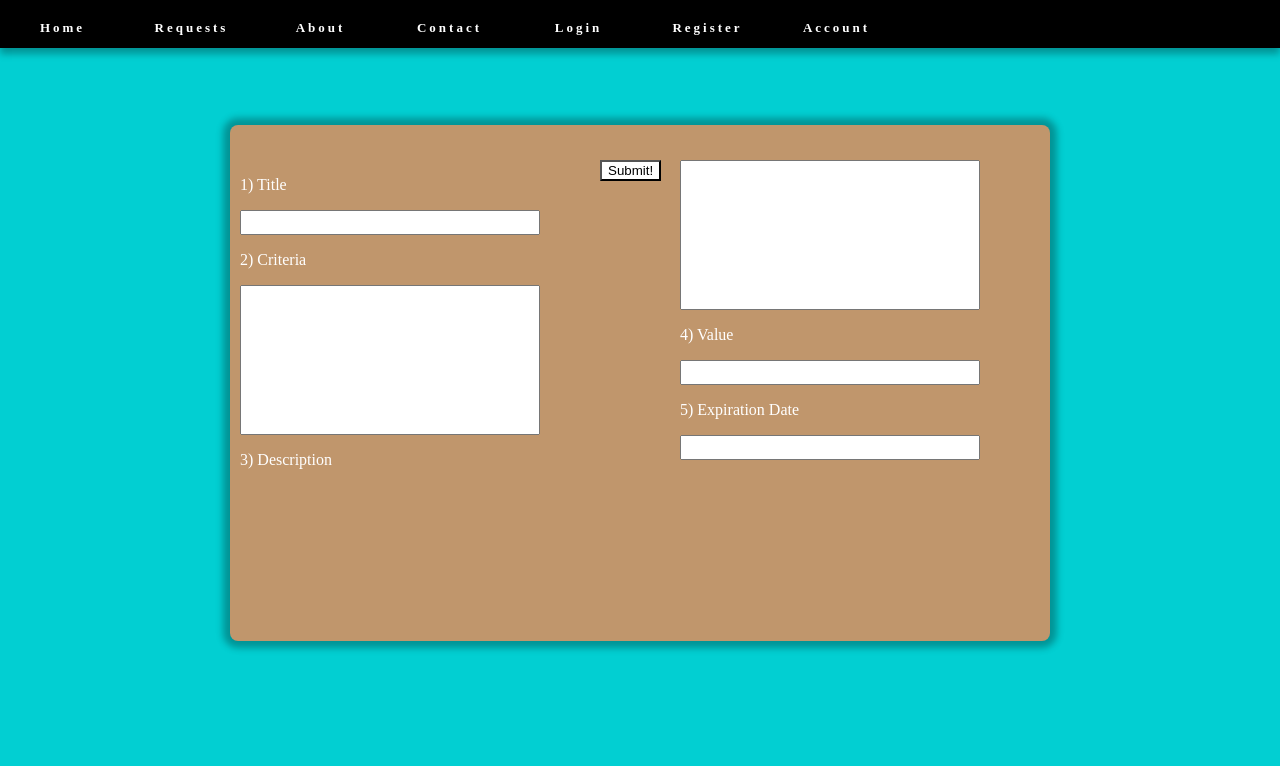
Repository: mailog/Tomorrow
Page: http://localhost/requests
The author's editor kept a copy of each file at every save. The page is drawn from the files as they stood at one save, then again after the next save.
The browser window is 1280 px wide. The pictures show the whole page.
The page is this project's Thymeleaf template; nobody is signed in. The template is opened directly, without the code that normally fills it, so the values that code supplies are empty.

Above is the page before, as saved 2017-07-30 04:58:20.

After the next save:
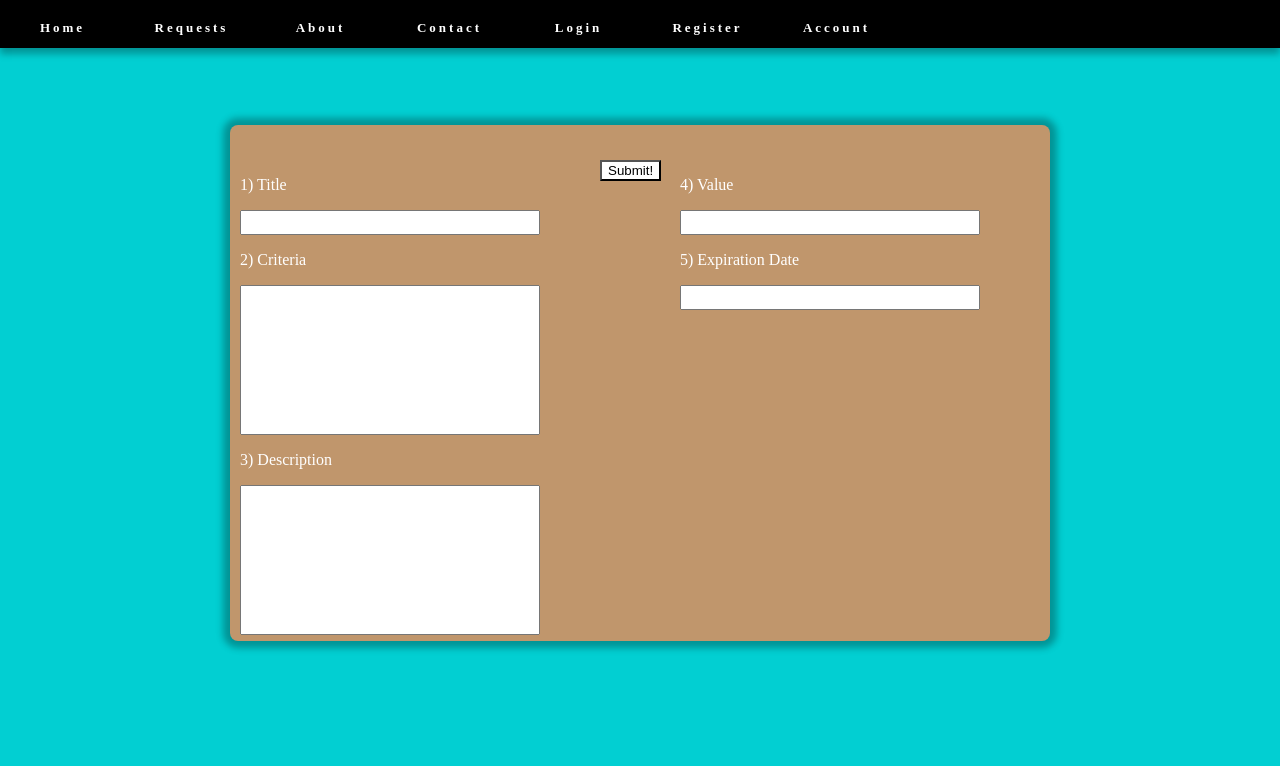
Saved 114 s later.
--- a/Tomorrow/src/main/resources/templates/requests.html
+++ b/Tomorrow/src/main/resources/templates/requests.html
@@ -38,9 +38,9 @@
 			<p>2) Criteria</p>
 			<input type = "text" class = "inp_criteria" th:field = "*{criteria}"/>
 			<p>3) Description</p>
+			<input type = "text" class = "inp_description" th:field = "*{description}"/>
 		</div>
 		<div id = "column2">
-			<input type = "text" class = "inp_description" th:field = "*{description}"/>
 			<p>4) Value</p>
 			<input type = "text" class = "inp_value" th:field = "*{value}"/>
 			<p>5) Expiration Date </p>
